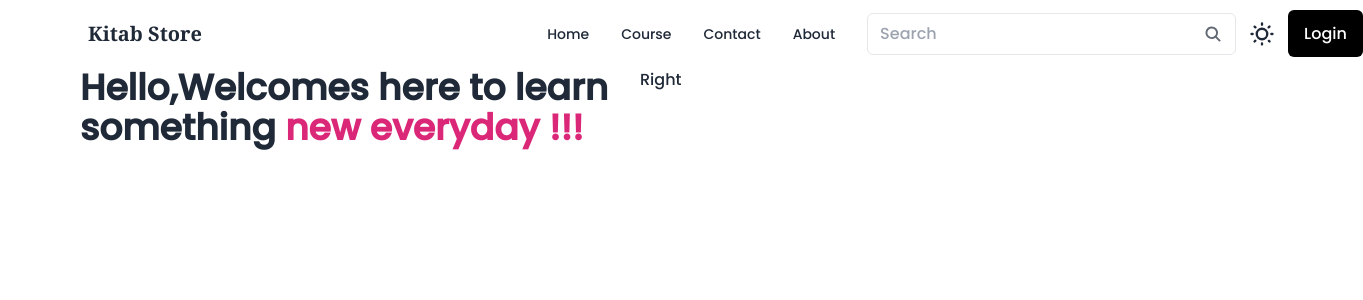
Repository: diensy/Kitab.com
Page: / (app in Frontend/)
An editor plug-in stored every save of this project. The page is shown before and after a run of saves, followed by the edit.
The browser window is 1280 px wide. The page is 1363 px wide, so the pictures cover 1363 px, including what lies to the right of the window. The pictures show the whole page.
The project was rebuilt for these pictures with package versions that can differ from the ones it lists, and the page was loaded fresh each time. Also part of the build but not shown: Frontend/vite.config.js.

Above is the page before, as saved 2024-07-28 23:20:23.

### Frontend/src/App.jsx
import React from 'react'
import Navbar from './Components/Navbar'
import Banners from './Components/Banner'
const App = () => {
  return (
    <>
    <Navbar/>
    <Banners/>
    </>
  )
}

export default App

### Frontend/src/index.css
@import url("https://fonts.googleapis.com/css2?family=Fredoka:wght@300..700&family=Montserrat:ital,wght@0,100..900;1,100..900&family=Poppins:wght@500&display=swap");
@tailwind base;
@tailwind components;
@tailwind utilities;

body {
  font-family: "Poppins", sans-serif;
}

### Frontend/src/Components/Navbar.jsx
import React from "react";

const Navbar = () => {
  const navItems = (
    <>
      <li>
        <a>Home</a>
      </li>
      <li>
        <a>Course</a>
      </li>
      <li>
        <a>Contact</a>
      </li>
      <li>
        <a>About</a>
      </li>
    </>
  );
  return (
    <>
      <div className="max-w-screen-2xl container mx-auto md:px-20 px-4">
        <div className="navbar bg-base-100">
          <div className="navbar-start">
            <div className="dropdown">
              <div
                tabIndex={0}
                role="button"
                className="btn btn-ghost lg:hidden"
              >
                <svg
                  xmlns="http://www.w3.org/2000/svg"
                  className="h-5 w-5"
                  fill="none"
                  viewBox="0 0 24 24"
                  stroke="currentColor"
                >
                  <path
                    strokeLinecap="round"
                    strokeLinejoin="round"
                    strokeWidth="2"
                    d="M4 6h16M4 12h8m-8 6h16"
                  />
                </svg>
              </div>
              <ul
                tabIndex={0}
                className="menu menu-sm dropdown-content bg-base-100 rounded-box z-[1] mt-3 w-52 p-2 shadow"
              >
                {navItems}
              </ul>
            </div>
            <a className="text-xl font-bold cursor-pointer font-serif">
              Kitab Store
            </a>
          </div>
          <div className="nav-end space-x-3">
            <div className="navbar-center hidden lg:flex ">
              <ul className="menu menu-horizontal px-1">{navItems}</ul>
            </div>
            <div className="hidden md:block">
              <label className="flex items-center gap-2 border outline-none px-3 py-2 rounded-md">
                <input type="text" className="grow" placeholder="Search" />
                <svg
                  xmlns="http://www.w3.org/2000/svg"
                  viewBox="0 0 16 16"
                  fill="currentColor"
                  className="h-5 w-5 opacity-70"
                >
                  <path
                    fillRule="evenodd"
                    d="M9.965 11.026a5 5 0 1 1 1.06-1.06l2.755 2.754a.75.75 0 1 1-1.06 1.06l-2.755-2.754ZM10.5 7a3.5 3.5 0 1 1-7 0 3.5 3.5 0 0 1 7 0Z"
                    clipRule="evenodd"
                  />
                </svg>
              </label>
            </div>
            <label className="swap swap-rotate">
              {/* this hidden checkbox controls the state */}
              <input
                type="checkbox"
                className="theme-controller"
                value="synthwave"
              />

              {/* sun icon */}
              <svg
                className="swap-off h-7 w-7 fill-current"
                xmlns="http://www.w3.org/2000/svg"
                viewBox="0 0 24 24"
              >
                <path d="M5.64,17l-.71.71a1,1,0,0,0,0,1.41,1,1,0,0,0,1.41,0l.71-.71A1,1,0,0,0,5.64,17ZM5,12a1,1,0,0,0-1-1H3a1,1,0,0,0,0,2H4A1,1,0,0,0,5,12Zm7-7a1,1,0,0,0,1-1V3a1,1,0,0,0-2,0V4A1,1,0,0,0,12,5ZM5.64,7.05a1,1,0,0,0,.7.29,1,1,0,0,0,.71-.29,1,1,0,0,0,0-1.41l-.71-.71A1,1,0,0,0,4.93,6.34Zm12,.29a1,1,0,0,0,.7-.29l.71-.71a1,1,0,1,0-1.41-1.41L17,5.64a1,1,0,0,0,0,1.41A1,1,0,0,0,17.66,7.34ZM21,11H20a1,1,0,0,0,0,2h1a1,1,0,0,0,0-2Zm-9,8a1,1,0,0,0-1,1v1a1,1,0,0,0,2,0V20A1,1,0,0,0,12,19ZM18.36,17A1,1,0,0,0,17,18.36l.71.71a1,1,0,0,0,1.41,0,1,1,0,0,0,0-1.41ZM12,6.5A5.5,5.5,0,1,0,17.5,12,5.51,5.51,0,0,0,12,6.5Zm0,9A3.5,3.5,0,1,1,15.5,12,3.5,3.5,0,0,1,12,15.5Z" />
              </svg>

              {/* moon icon */}
              <svg
                className="swap-on h-7 w-7 fill-current"
                xmlns="http://www.w3.org/2000/svg"
                viewBox="0 0 24 24"
              >
                <path d="M21.64,13a1,1,0,0,0-1.05-.14,8.05,8.05,0,0,1-3.37.73A8.15,8.15,0,0,1,9.08,5.49a8.59,8.59,0,0,1,.25-2A1,1,0,0,0,8,2.36,10.14,10.14,0,1,0,22,14.05,1,1,0,0,0,21.64,13Zm-9.5,6.69A8.14,8.14,0,0,1,7.08,5.22v.27A10.15,10.15,0,0,0,17.22,15.63a9.79,9.79,0,0,0,2.1-.22A8.11,8.11,0,0,1,12.14,19.73Z" />
              </svg>
            </label>
            <div className="">
              <a className="bg-black text-white px-4 py-3 rounded-md hover:bg-slate-800 duration-300 cursor-pointer">
                Login
              </a>
            </div>
          </div>
        </div>
      </div>
    </>
  );
};

export default Navbar;

### Frontend/src/Components/Banner.jsx
import React from "react";

const Banner = () => {
  return (
    <>
      <div className="max-w-screen-2xl container mx-auto md:px-20 px-4 flex flex-col md:flex-row">
        <div className="w-full md:w-1/2">
          <h1 className="text-4xl font-bold">
            Hello,Welcomes here to learn something{" "}
            <span className="text-pink-600 ">new everyday !!!</span>
          </h1>
        </div>
        <div className="w-full md:w-1/2">Right</div>
      </div>
    </>
  );
};

export default Banner;

Loaded but not shown: Frontend/index.html (common file); Frontend/src/main.jsx (common file); Frontend/tailwind.config.js (common file)

After the next 2 saves:
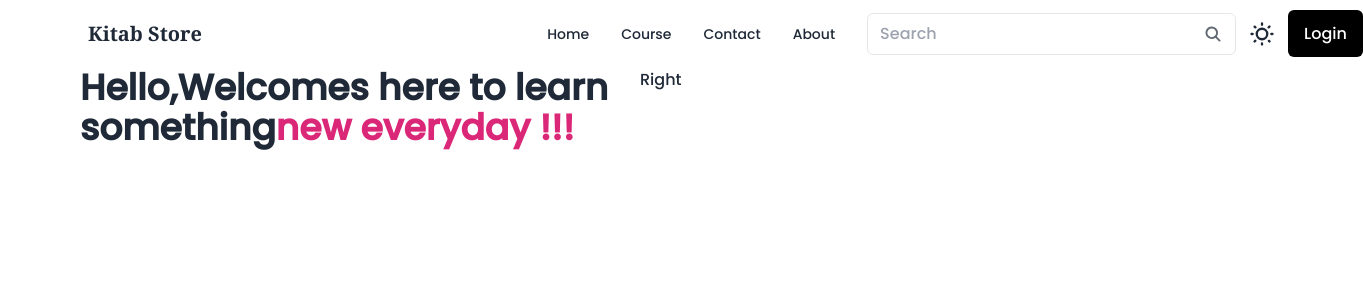
The 2 saves are shown as one change because they came seconds apart.
The last was saved 15 s later.
--- a/Frontend/src/Components/Banner.jsx
+++ b/Frontend/src/Components/Banner.jsx
@@ -6,7 +6,7 @@
       <div className="max-w-screen-2xl container mx-auto md:px-20 px-4 flex flex-col md:flex-row">
         <div className="w-full md:w-1/2">
           <h1 className="text-4xl font-bold">
-            Hello,Welcomes here to learn something{" "}
+            Hello,Welcomes here to learn something
             <span className="text-pink-600 ">new everyday !!!</span>
           </h1>
         </div>

After the 4 saves that followed:
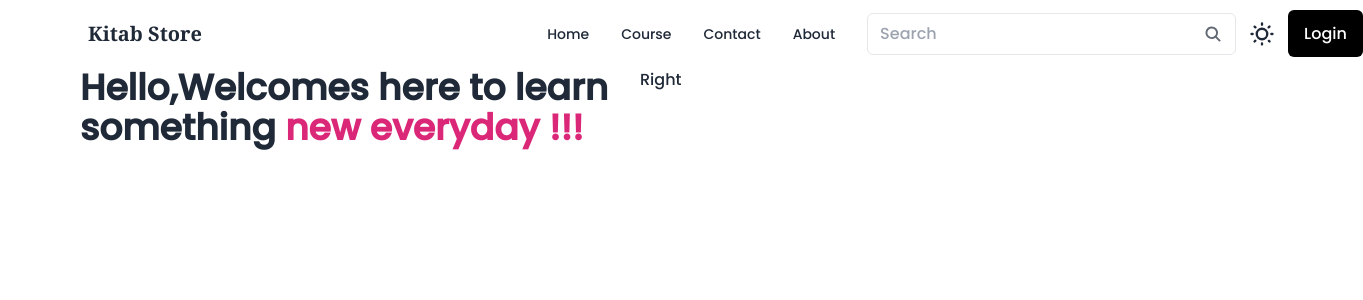
The 4 saves are shown as one change because 1 left the picture as it was and some came seconds apart.
The last was saved 20 s later.
--- a/Frontend/src/Components/Banner.jsx
+++ b/Frontend/src/Components/Banner.jsx
@@ -6,7 +6,7 @@
       <div className="max-w-screen-2xl container mx-auto md:px-20 px-4 flex flex-col md:flex-row">
         <div className="w-full md:w-1/2">
           <h1 className="text-4xl font-bold">
-            Hello,Welcomes here to learn something
+            Hello,Welcomes here to learn something{" "}
             <span className="text-pink-600 ">new everyday !!!</span>
           </h1>
         </div>
